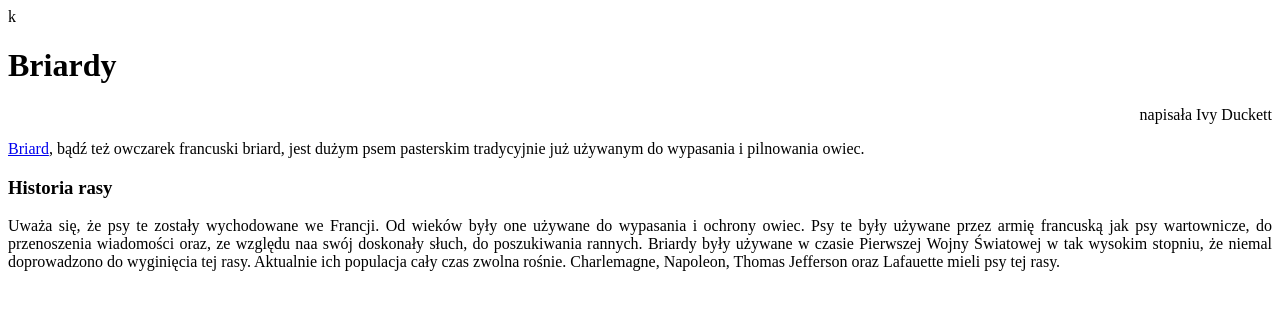
Repository: Lenerystia/HTML
Page: Rozdział 12/Wyrownanie_w_pionie/text-align.html
An editor plug-in stored every save of this project. The page is shown before and after the next save, followed by the edit.
The browser window is 1280 px wide. The pictures show the whole page.

Above is the page before, as saved 2022-02-02 12:33:39.

After the next save:
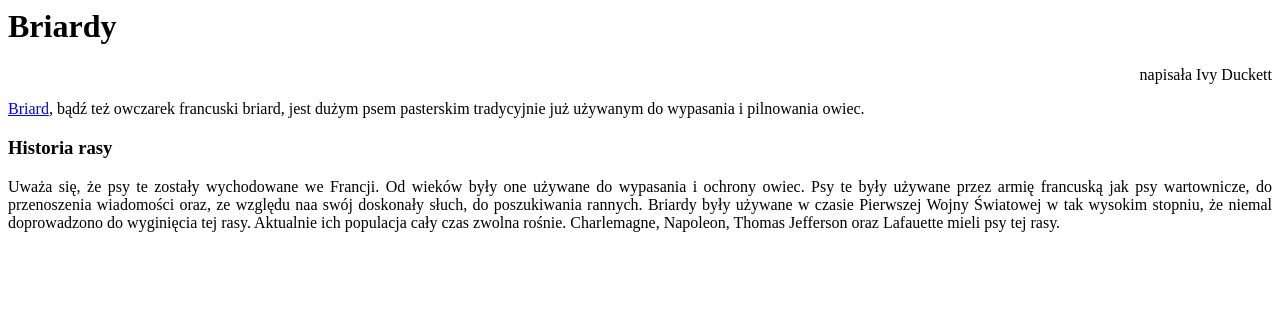
Saved 14 s later.
--- a/Rozdział 12/Wyrownanie_w_pionie/text-align.html
+++ b/Rozdział 12/Wyrownanie_w_pionie/text-align.html
@@ -2,7 +2,7 @@
 	<head>
 		<meta http-equiv="content-type" content="text/html; charset=UTF-8">
 		<title>Wyrównanie tekstu</title>
-		<link rel="stylesheet" href="style.css">k
+		<link rel="stylesheet" href="style.css">
 		</head>
 		<body>
 			<h1>Briardy</h1>
